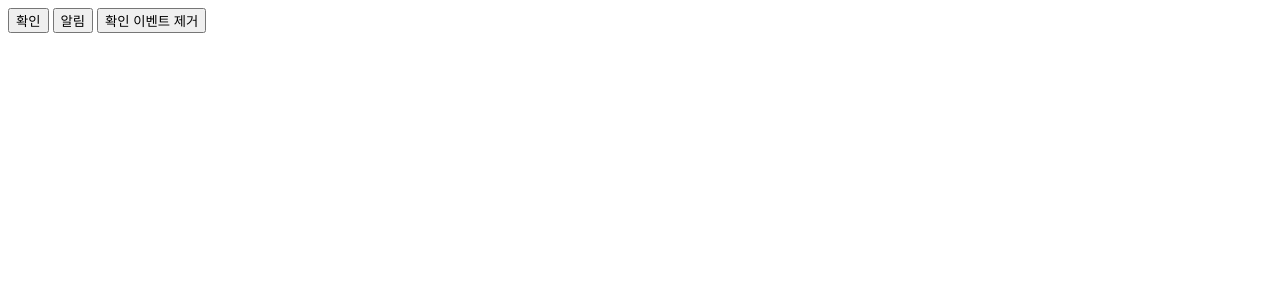
Repository: Baechangho/JavaBasic
Page: workspace_web/Front/src/main/webapp/jqEvent/jqEvent_01.html
These files come from the project's save history. The page is drawn as it stood at one moment and after the next save; the edit follows.
The browser window is 1280 px wide. The pictures show the whole page.

Above is the page before, as saved 2023-08-10 01:43:57.

After the next save:
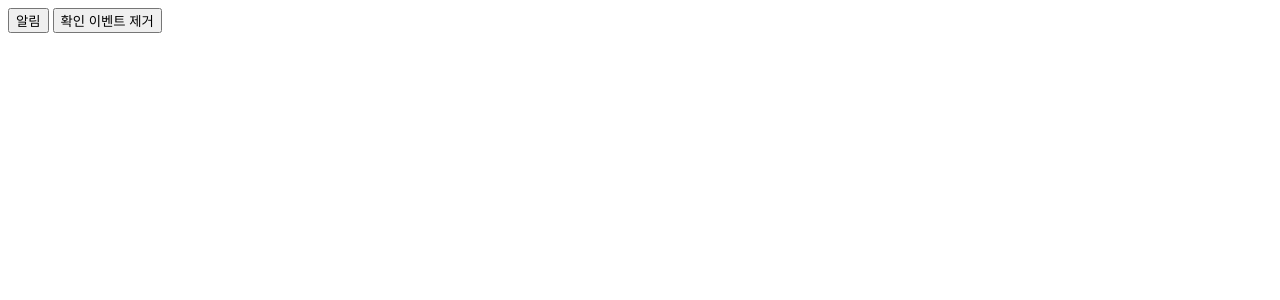
Saved 32 s later.
--- a/workspace_web/Front/src/main/webapp/jqEvent/jqEvent_01.html
+++ b/workspace_web/Front/src/main/webapp/jqEvent/jqEvent_01.html
@@ -11,7 +11,14 @@ $(function() {
 				.attr("id", "btnOk")
 				.html("확인");
 
-	$btnOk.prependTo($("div"))
+// 	$btnOk.prependTo($("div"))
+
+	//----------------------------------------------------
+
+	$("#btnAlertt").on
+
+
+
 })
 </script>
 </head>
